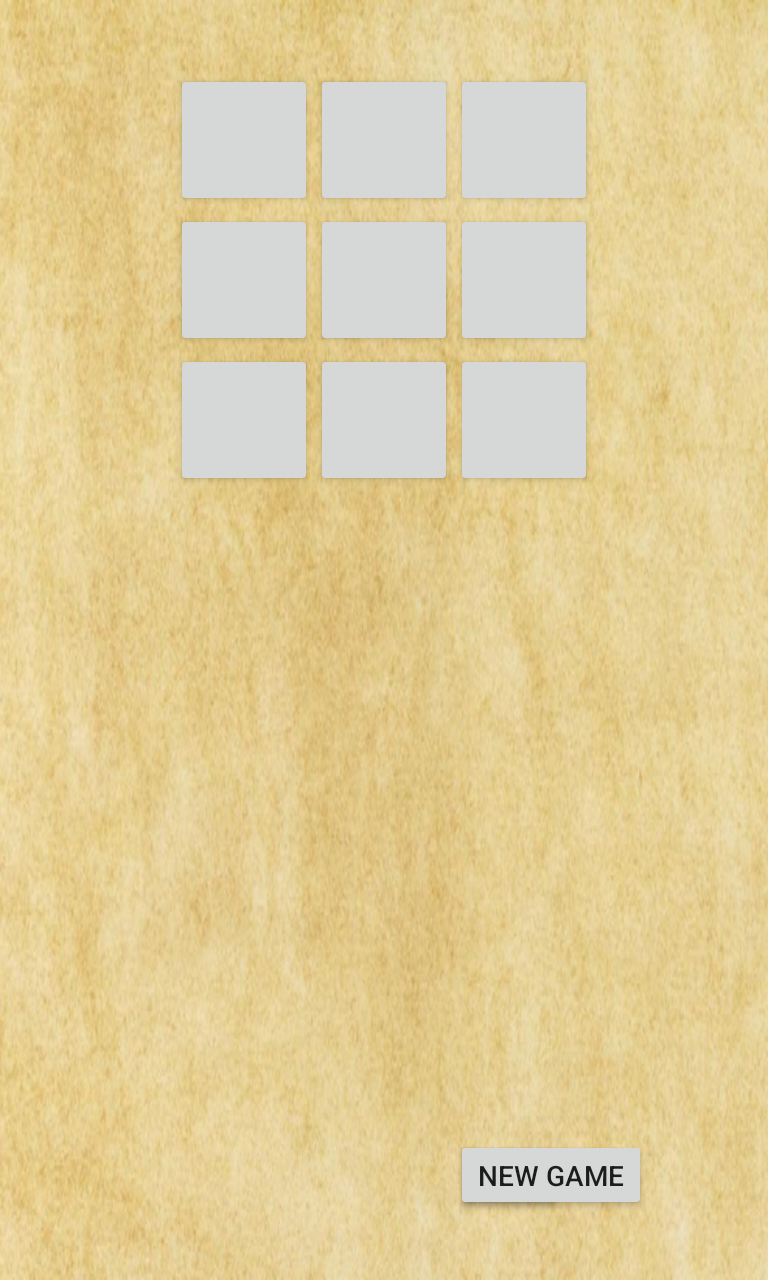
Repository: dtakiy/jogovelha
Layout: games/res/layout/activity_main.xml
These files come from the project's save history. The layout is drawn as it stood at one moment and after the next save; the edit follows.
It is drawn on a 768 x 1280 px phone screen (xhdpi) without system bars, with theme AppTheme; the app's code is not run.

Above is the layout before, as saved 2014-09-17 18:36:45.

After the next save:
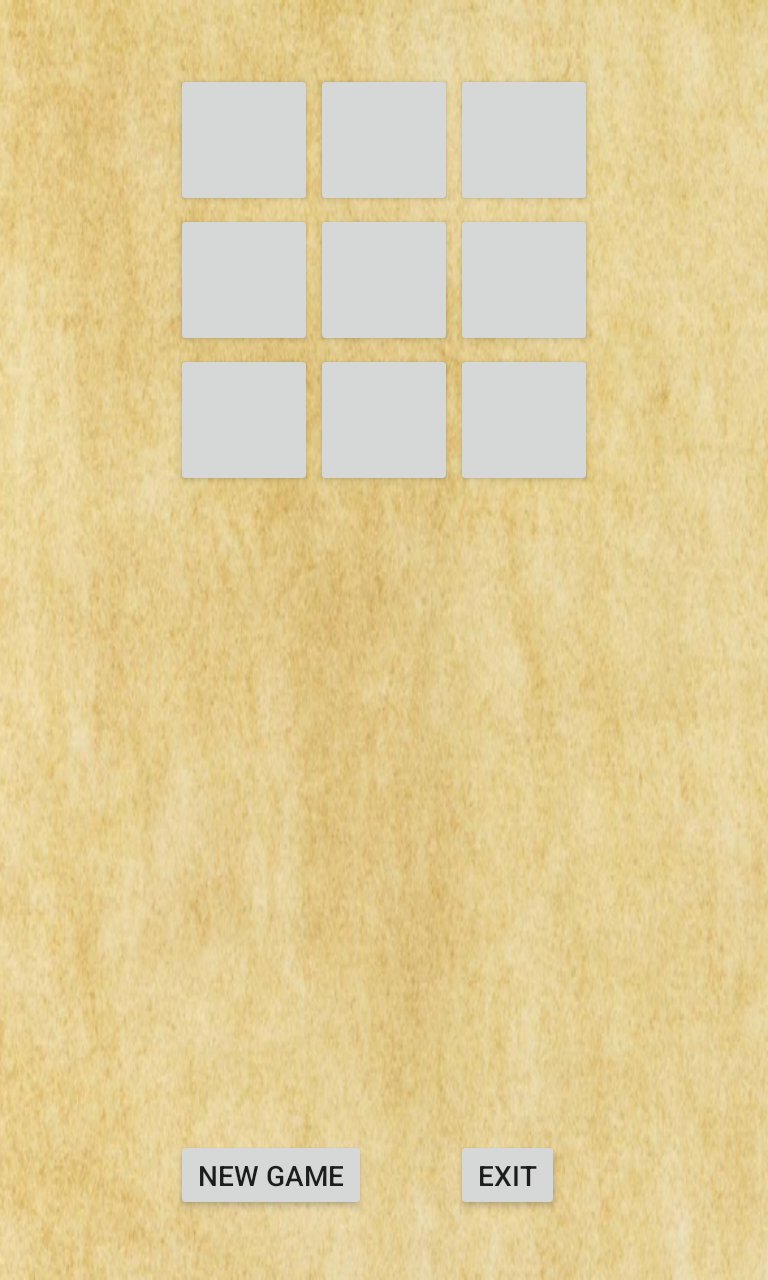
Saved 87 s later.
--- a/games/res/layout/activity_main.xml
+++ b/games/res/layout/activity_main.xml
@@ -117,11 +117,11 @@
 		    android:id="@+id/newgame"
 		    android:layout_width="wrap_content"
 		    android:layout_height="wrap_content"
-		    android:layout_alignLeft="@+id/quadrado3"
-		    android:layout_alignParentBottom="true"
-		    android:layout_marginBottom="17dp"
+		    android:layout_alignBaseline="@+id/sair"
+		    android:layout_alignBottom="@+id/sair"
+		    android:layout_alignLeft="@+id/quadrado7"
 		    android:minHeight="20dip"
 		    android:minWidth="20dip"
-		    android:text="@string/newgame"/>
+		    android:text="@string/newgame" />
 
 </RelativeLayout>
--- a/games/res/values/strings.xml
+++ b/games/res/values/strings.xml
@@ -4,7 +4,7 @@
     <string name="app_name">Tic Tac Game</string>
     <string name="hello_world">Welcome to Tic Tac Game</string>
     <string name="action_settings">Settings</string>
-    <string name="sair">Sair</string>
+    <string name="sair">Exit</string>
     <string name="newgame">New Game</string>
 
 </resources>
